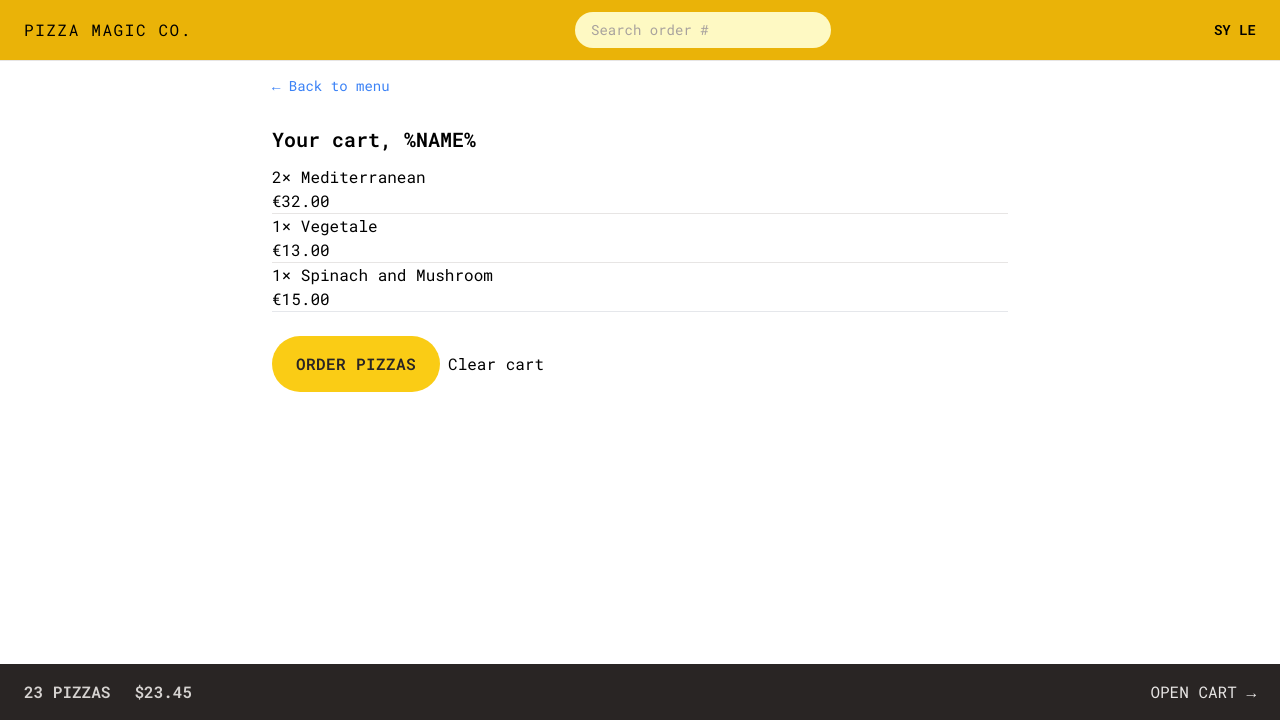
Repository: SyLe-Van/The-Pizza-Magic-web
Page: /cart
An editor plug-in stored every save of this project. The page is shown before and after the next save, followed by the edit.
The browser window is 1280 px wide. The pictures show the whole page.
The project was rebuilt for these pictures with package versions that can differ from the ones it lists, and the page was loaded fresh each time. Also part of the build but not shown: vite.config.js, src/features/user/CreateUser.jsx, src/ui/Home.jsx, src/ui/Loader.jsx, src/services/apiRestaurant.js, src/features/menu/Menu.jsx, src/ui/Error.jsx, src/features/order/CreateOrder.jsx and 1 more. Imported but missing from the stored project, and not drawn on this page: src/features/menu/MenuItem.

Above is the page before, as saved 2024-07-28 18:19:53.

### index.html
<!doctype html>
<html lang="en">
  <head>
    <meta charset="UTF-8" />
    <link rel="icon" type="image/svg+xml" href="/vite.svg" />
    <meta name="viewport" content="width=device-width, initial-scale=1.0" />
    <link rel="preconnect" href="https://fonts.googleapis.com">
    <link rel="preconnect" href="https://fonts.gstatic.com" crossorigin>
    <link href="https://fonts.googleapis.com/css2?family=Roboto+Mono:ital,wght@0,100..700;1,100..700&display=swap"
      rel="stylesheet">
    <title>Vite + React</title>
  </head>
  <body clas="bg-stone-100 text-stone-700">
    <div id="root"></div>
    <script type="module" src="/src/main.jsx"></script>
  </body>
</html>

### src/App.jsx
import {RouterProvider, createBrowserRouter } from "react-router-dom"
import Home from "./ui/Home"
import AppLayout from "./ui/AppLayout"
import Menu, {loader as menuLoader} from "./features/menu/Menu"
import Cart from "./features/cart/Cart"
import Error from "./ui/Error"
import CreateOrder, {action as CreateOrderAction} from "./features/order/CreateOrder"
import Order, {loader as orderLoader} from "./features/order/Order"
const router = createBrowserRouter([
  {
    element: <AppLayout />,
    errorElement: <Error />,
    children: [
      {
        path: "/",
        element: <Home />
      },
      {
        path: "/menu",
        element: <Menu />,
        loader: menuLoader,
        errorElement: <Error />,
      },
      {
        path: "/cart",
        element: <Cart />
      },
      {
        path: "/order/new",
        element: <CreateOrder />,
        action: CreateOrderAction,
      },
      {
        path: "/order/:orderId",
        element: <Order />,
        loader: orderLoader,
        errorElement: <Error />,
      }
    ]
  },


])

export default function App() {
  return <RouterProvider router={router} />
}

### src/index.css
@tailwind base;
@tailwind components;
@tailwind utilities;

@layer components {
  .input{
    @apply
      rounded-full
       md:px-6 md:py-3
        focus:ring
        focus:ring-yellow-400
         focus:outline-none
          border
           border-stone-200
            w-full px-4 py-2
            text-sm transition-all
             duration-300
              placeholder:text-stone-400
               bg-slate-300

  }
    .loader {
      width: 45px;
      aspect-ratio: 0.75;
      --c: no-repeat linear-gradient(theme(colors.stone.800) 0 0);
      background: var(--c) 0% 50%, var(--c) 50% 50%, var(--c) 100% 50%;
      background-size: 20% 50%;
      animation: loading 1s infinite linear;
    }

    @keyframes loading {
      20% {
        background-position: 0% 0%, 50% 50%, 100% 50%;
      }

      40% {
        background-position: 0% 100%, 50% 0%, 100% 50%;
      }

      60% {
        background-position: 0% 50%, 50% 100%, 100% 0%;
      }

      80% {
        background-position: 0% 50%, 50% 50%, 100% 100%;
      }
    }
}
/* body {
  font-family: system-ui, -apple-system, BlinkMacSystemFont, 'Segoe UI', Roboto,
    Oxygen, Ubuntu, Cantarell, 'Open Sans', 'Helvetica Neue', sans-serif;
  background-color: #f7f7f7;
  color: #444;
}

.layout {
  display: grid;
  grid-template-rows: auto 1fr auto;
  gap: 32px;
  height: 100dvh;

} */

/* https://dev.to/afif/i-made-100-css-loaders-for-your-next-project-4eje */

### src/ui/AppLayout.jsx
import { Outlet, useNavigation } from "react-router-dom";
import CartOverview from "../features/cart/CartOverview";
import Header from "./Header";
import Loader from "./Loader";
export default function AppLayout() {
    const navigation = useNavigation()
    const isLoading = navigation.state === "loading"
    return (
        <div className="grid h-screen grid-rows-[auto_1fr_auto]">
            {isLoading && <Loader />}
            <Header />
            <div className="overflow-scroll">
                <main className="mx-auto max-w-3xl ">
                    <Outlet />
                </main>
            </div>
            <CartOverview />
        </div>
    )
}

### src/features/cart/Cart.jsx
import { Link } from 'react-router-dom';
import LinkButton from '../../ui/LinkButton';
import Button from '../../ui/Button';
import CartItem from './CartItem';
const fakeCart = [
  {
    pizzaId: 12,
    name: 'Mediterranean',
    quantity: 2,
    unitPrice: 16,
    totalPrice: 32,
  },
  {
    pizzaId: 6,
    name: 'Vegetale',
    quantity: 1,
    unitPrice: 13,
    totalPrice: 13,
  },
  {
    pizzaId: 11,
    name: 'Spinach and Mushroom',
    quantity: 1,
    unitPrice: 15,
    totalPrice: 15,
  },
];

function Cart() {
  const cart = fakeCart;

  return (
    <div className='py-3 px-4 '>
      <LinkButton to="/menu">&larr; Back to menu</LinkButton>
      <h2 className='mt-7 text-xl font-semibold'>Your cart, %NAME%</h2>
      <ul className='divide-y divide-stone-200 border-b mt-3'>
        {cart.map(item => <CartItem item={item} key={item.key} />)}
      </ul>
      <div className='mt-6 space-x-2'>
        <Button type="primary" to="/order/new">Order pizzas</Button>

        <button>Clear cart</button>
      </div>
    </div>
  );
}

export default Cart;

### src/features/cart/CartOverview.jsx
import { Link } from "react-router-dom";

export default function CartOverview() {
  return (
    <div className="bg-stone-800 text-stone-200 py-4 justify-between uppercase  px-4 sm:px-6 md:text-base flex items-center">
      <p className="text-stone-300 font-semibold space-x-4 sm:space-x-6">
        <span>23 pizzas</span>
        <span>$23.45</span>
      </p>
      <Link to='/cart'>Open cart &rarr;</Link>
    </div>
  );
}

### src/ui/Header.jsx
import { Link } from "react-router-dom";
import Username from "../features/user/Username";
import SearchOrder from "../features/order/SearchOrder";

export default function Header() {
    return (
        <header className="bg-yellow-500  flex items-center justify-between uppercase py-3 px-4 border-b border-stone-200 sm:px-6">
            <Link className="tracking-widest" to="/">Pizza Magic Co.</Link>
            <SearchOrder />

            <Username />

        </header>
    )
}

### src/ui/LinkButton.jsx
import {Link, useNavigate } from 'react-router-dom';
function LinkButton({ children, to }) {
    const navigatate = useNavigate();
    const className = "text-sm text-blue-500 hover:text-blue-600 hover:underline"
    if(to === '-1') {
        return (
            <button className={className} onClick={() => navigatate(-1)}>
            {children}
          </button>
        );
    }
  return (
      <Link to={to} className={className}>
          {children}
    </Link>
  );
}

export default LinkButton;

### src/ui/Button.jsx
import { Link } from "react-router-dom";
function Button({ children, disabled, to , type}) {

    const base = "bg-yellow-400 focus:outline-none focus:ring-offset-2 focus:ring focus:ring-yellow-300 focus:bg-yellow-300 duration-300 transition-colors uppercase font-semibold   text-stone-800 inline-block  tracking-wide rounded-full hover:bg-yellow-300 disabled:cursor-not-allowed "
    const styles = {
        primary: base + "py-3 px-4 md:px-6 md:py-4",
        small: base + "px-4 py-2 md:px-5 md:py-2.5 text-xs"
    }
    if (to) {
        return <Link className={styles[type]} to={to}>{children}</Link>
    }
    return <button disabled={disabled} className={styles[type]}>
      {children}
  </button>
}
export default Button;

### src/features/cart/CartItem.jsx
import { formatCurrency } from "../../utils/helpers";
function CartItem({ item }) {
  const { pizzaId, name, quantity, totalPrice } = item;

  return (
    <li>
      <p>
        {quantity}&times; {name}
      </p>
      <div>
        <p>{formatCurrency(totalPrice)}</p>
      </div>
    </li>
  );
}

export default CartItem;

### src/features/user/Username.jsx
function Username() {
    return (
        <div className="text-sm hidden font-semibold md:block">Sy Le</div>
    )
}

export default Username;

### src/features/order/SearchOrder.jsx
import {useState} from 'react';
import { useNavigate } from 'react-router-dom';
export default function SearchOrder() {
    const [query, setQuery] = useState("");
    const navigate = useNavigate()

    function handleSubmit(e) {
        e.preventDefault();
        if (!query) return;
        navigate('/order/' + query)
        setQuery("")
    }
    return (
        <form onSubmit={handleSubmit}>
            <input  placeholder="Search order #"
                value={query}
                onChange={e => setQuery(e.target.value)}
                className='w-28 transition-all duration-300 focus:ring-opacity-50 rounded-full bg-yellow-100 px-4 py-2 text-sm placeholder:text-stone-400 sm:w-64 sm:focus:focus:w-72 focus:outline-none focus:ring focus:ring-yellow-500'
            />
        </form>
    )
}

### tailwind.config.js
/** @type {import('tailwindcss').Config} */
module.exports = {
  content: ["./index.html", "./src/**/*.{html,js,jsx,tsx}"],
  theme: {
    fontFamily: {
      sans: "Roboto Mono, monospace",
    },

    extend: {
      fontSize: {
        huge: ["8rem", { lineHeight: "1" }],
      },
      height: {
        screen: "100dvh",
      },
    },
  },
  plugins: [],
};

Loaded but not shown: src/main.jsx (common file); src/utils/helpers.js (common file)

After the next save:
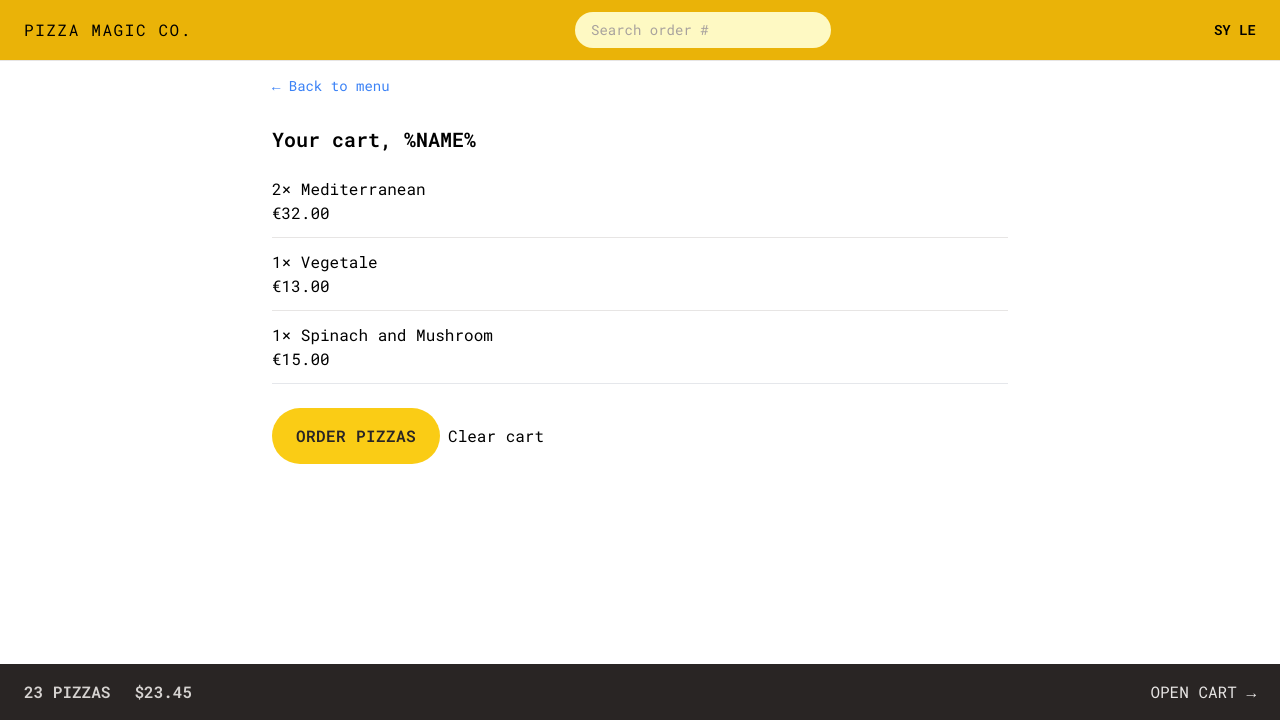
Saved 50 s later.
--- a/src/features/cart/CartItem.jsx
+++ b/src/features/cart/CartItem.jsx
@@ -3,7 +3,7 @@ function CartItem({ item }) {
   const { pizzaId, name, quantity, totalPrice } = item;
 
   return (
-    <li>
+    <li className="py-3 ">
       <p>
         {quantity}&times; {name}
       </p>
